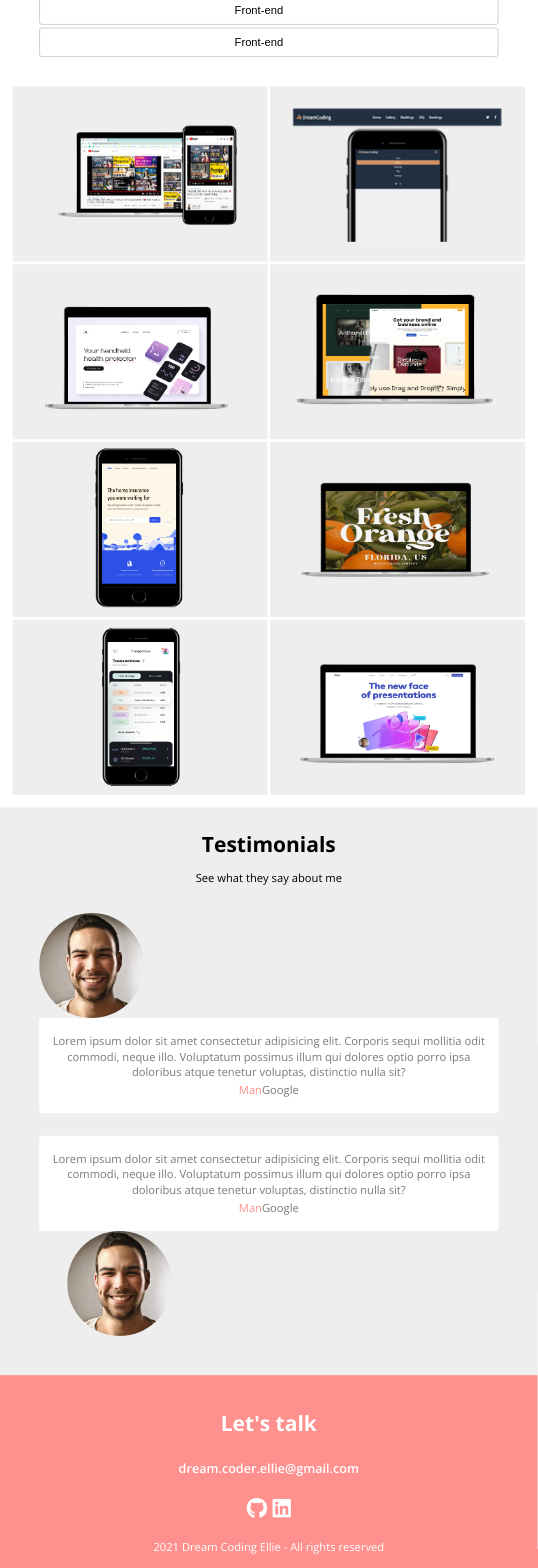
Repository: beomsu9696/Dream_Coding_Academy4
Page: index.html
These files come from the project's save history. The page is drawn as it stood at one moment and after the next save; the edit follows.
The browser window is 768 px wide. The pictures show the part of the page from y = 2869 to 5109 px (the page is 5109 px tall), at 70% of full size.
Some web libraries are served in a nearby version.

Above is the page before, as saved 2021-01-26 21:48:09.

After the next save:
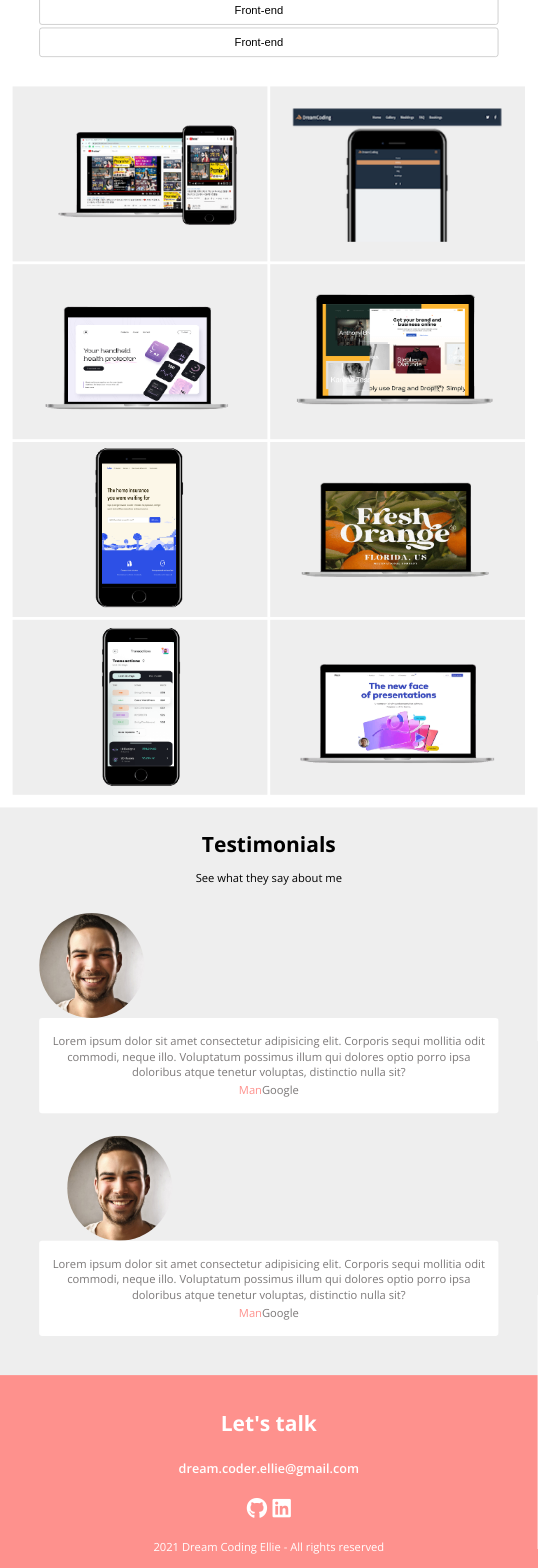
Saved 101 s later.
--- a/style.css
+++ b/style.css
@@ -561,12 +561,18 @@
   .project {
     flex-grow: 1;
   }
+
   .testimonial {
     flex-direction: column;
   }
+
   .testmonial__avatar {
     width: 80px;
     height: 80px;
+  }
+
+  .testimonial__speech-bubble {
+    order: 1;
   }
 }
 /* For below 970px screen width */
